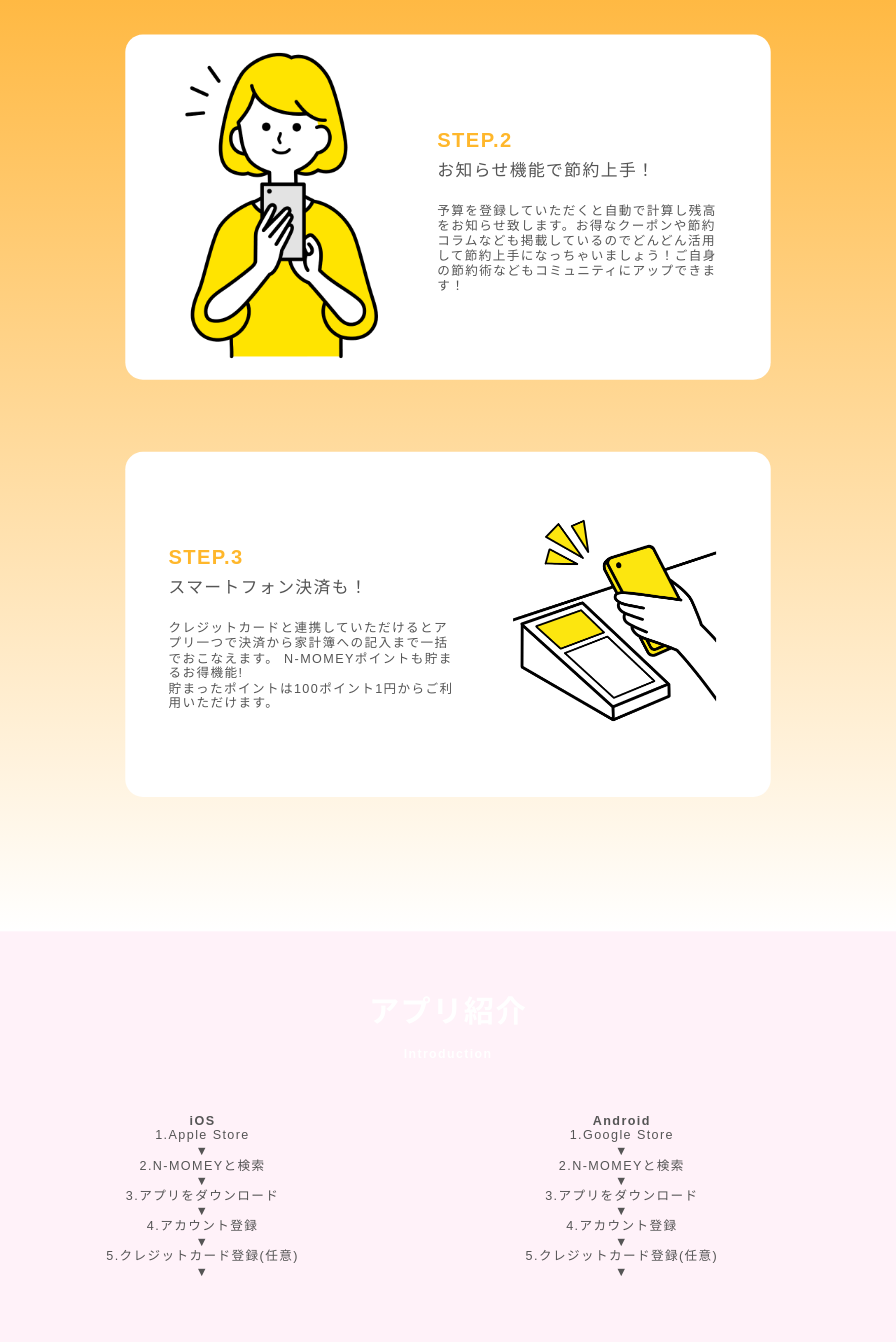
Repository: nozomi-23/lp2_test
Page: index.html
These files come from the project's save history. The page is drawn as it stood at one moment and after a run of saves; the edit follows.
The browser window is 1280 px wide. The pictures show the part of the page from y = 1848 to 3768 px (the page is 3766 px tall before and 3768 px after), at 70% of full size.
Some web fonts or font styles are not loaded; a fallback is used.

Above is the page before, as saved 2022-06-18 15:27:47.

### index.html
<!DOCTYPE html>
<html lang="ja">
<head>
  <meta charset="UTF-8">
  <title>家計簿アプリ「N-MONEY」</title>
  <meta name="description" content="「人生をコードと共に」というビジョンを達成するべく、皆さんのプログラミング学習をサポートします。">
  <meta name="keywords" content="家計簿,アプリ,おすすめ">
  <meta name="viewport" content="width=device-width, initial-scale=1.0">
  <meta property="og:title" content="家計簿アプリ「N-MONEY」">
  <meta property="og:type" content="article">
  <meta property="og:url" content="https://withcode-plus.tech">
  <meta property="og:image" content="img/logo.png">
  <meta property="og:description" content="カンタン家計簿アプリ 「N-MONEY」でお得に楽に家計管理。">
  <meta property="og:site_name" content="家計簿アプリ">
  <link rel="icon" href="favicon.ico">
  <link rel="apple-touch-icon" sizes="180x180" href="img/logo.png">
  <link rel="preconnect" href="https://fonts.googleapis.com">
  <link rel="preconnect" href="https://fonts.gstatic.com" crossorigin>
  <link
    href="https://fonts.googleapis.com/css2?family=M+PLUS+1p:wght@400;500;700&family=Noto+Sans+JP:wght@400;500&display=swap"
    rel="stylesheet">
  <link rel="stylesheet" type="text/css" href="css/reset.css">
  <link rel="stylesheet" type="text/css" href="css/common.css">
</head>
<body>
  <!-- ========== header -->
  <header>
    <div class="header_inner">
      <h1 class="header_logo">
        <a href="#"><img src="img/logo.png" alt="ロゴ画像"></a>
      </h1>
      <nav class="header_nav">
        <ul class="header_list">
          <li class="header_item">
            <a href="#introduction">アプリ紹介</a>
          </li>
          <li class="header_item">
            <a href="#how">ご利用方法</a>
          </li>
          <li class="header_item">
            <a href="#fqa">よくある質問</a>
          </li>
          <li class="header_item">
            <a href="#news">お知らせ</a>
          </li>
          <li class="header_item heder_btn">
            <a href="#contact">お問い合わせ</a>
          </li>
        </ul>
      </nav>
      <div class="drawer"></div>
    </div>
  </header>
  <!-- ========== top -->
  <section class="top_section">
    <div class="inner">
      <div class="top_wrapper">
        <div class="top_left">
          <h2 class="title">
            <p>〜 簡単家計簿アプリ 〜</p><br>
            <span>N-MONEY Mobile</span>
          </h2>
          <div class="download">
            <div class="download_apple">
              <a href="https://www.apple.com/jp/app-store/">
                <img src="img/apple.png" alt="Apple Store">
              </a>
            </div>
            <div class="download_google">
              <a href="https://play.google.com/store/apps?hl=ja&gl=US">
                <img src="img/google.png" alt="Google Store">
              </a>
            </div>
          </div>
        </div>
        <div class="top_right">
          <img src="img/top.png" alt="トップ画像">
        </div>
      </div>
    </div>
  </section>
    <!-- ========== feature -->
    <div class="inner">

      <div class="feature_txt">
        <h3 class="feature_ttl">家でも外でもラクラク管理<br>
        N-MOMEY Mobileとは</h3>
        <p>N-MOMEY
        Mobileとはご自宅でも外出先でも簡単に家計を管理できるサービスです。カテゴリ別の支出、予算管理だけでなくクレジットカードの連結により、レジでのお支払い・支出管理を自動で更新してくれます。予算に対してのお知らせ機能で使いすぎを防ぎます。めんどくさい計算・管理はN-MOMEY
        Mobileにおまかせください!</p>
      </div>

    </div>
<!-- ========== Introduction -->
<section class="intro section" id="introduction">
  <div class="inner">
    <h4 class="common_ttl">アプリ紹介<br><small>Introduction</small></h4>
    <div class="intro_wrapper">
      <div class="intro_wrapper_left">
        <h5 class="intro_txt"><strong>STEP.1</strong><br>
          いつでもどこでもカンタン管理！</h5>
          <p>レシートの管理が大変・・<br>
          いつ支払ったか忘れてしまった・・<br>
          そんなお悩みをすぐに解決します！支払ったらスマホにすぐ記入、カンタンな操作でカテゴリや日付の管理でめんどくさい家計管理のお手伝いをします。</p>
      </div>
      <div class="intro_wrapper_right">
        <img src="img/step1.png" alt="スマートフォンの画像">
      </div>
    </div>
    <div class="intro_wrapper intro_wrapper_revers">
      <div class="intro_wrapper_left ">
        <h5 class="intro_txt"><strong>STEP.2</strong><br>
          お知らせ機能で節約上手！</h5>
        <p>予算を登録していただくと自動で計算し残高をお知らせ致します。お得なクーポンや節約コラムなども掲載しているのでどんどん活用して節約上手になっちゃいましょう！ご自身の節約術などもコミュニティにアップできます！
          </p>
      </div>
      <div class="intro_wrapper_right">
        <img src="img/step2.png" alt="スマートフォンの画像">
      </div>
    </div>
    <div class="intro_wrapper">
      <div class="intro_wrapper_left">
        <h5 class="intro_txt"><strong>STEP.3</strong><br>
          スマートフォン決済も！</h5>
        <p>クレジットカードと連携していただけるとアプリ一つで決済から家計簿への記入まで一括でおこなえます。
        N-MOMEYポイントも貯まるお得機能!<br>
        貯まったポイントは100ポイント1円からご利用いただけます。</p>
      </div>
      <div class="intro_wrapper_right">
        <img src="img/step3.png" alt="スマートフォンの画像">
      </div>
    </div>
  </div>
</section>
<!-- ========== how -->
<section class="how section" id="how">
  <div class="inner">
    <h4 class="common_ttl">アプリ紹介<br><small>Introduction</small></h4>
    <div class="how_wrapper">
      <div class="how_wrapper_item">
        <h5>iOS</h5>
        <ul>
          <li>1.Apple Store</li>
          <p>▼</p>
          <li>2.N-MOMEYと検索</li>
          <p>▼</p>
          <li>3.アプリをダウンロード</li>
          <p>▼</p>
          <li>4.アカウント登録</li>
          <p>▼</p>
          <li>5.クレジットカード登録(任意)</li>
          <p>▼</p>
        </ul>
      </div>
      <div class="how_wrapper_item">
        <h5>Android</h5>
        <ul>
          <li>1.Google Store</li>
          <p>▼</p>
          <li>2.N-MOMEYと検索</li>
          <p>▼</p>
          <li>3.アプリをダウンロード</li>
          <p>▼</p>
          <li>4.アカウント登録</li>
          <p>▼</p>
          <li>5.クレジットカード登録(任意)</li>
          <p>▼</p>
        </ul>
      </div>
    </div>
  </div>
</section>
</body>
</html>

### css/reset.css
@charset "UTF-8";

html,
body,
div,
span,
object,
iframe,
h1,
h2,
h3,
h4,
h5,
h6,
p,
blockquote,
pre,
abbr,
address,
cite,
code,
del,
dfn,
em,
img,
ins,
kbd,
q,
samp,
small,
strong,
sub,
sup,
var,
b,
i,
dl,
dt,
dd,
ol,
ul,
li,
fieldset,
form,
label,
legend,
table,
caption,
tbody,
tfoot,
thead,
tr,
th,
td,
article,
aside,
canvas,
details,
figcaption,
figure,
footer,
header,
hgroup,
menu,
nav,
section,
summary,
time,
mark,
audio,
video {
  margin: 0;
  padding: 0;
  border: 0;
  outline: 0;
  font-size: 100%;
  vertical-align: baseline;
  background: transparent;
}

body {
  line-height: 1;
}

article,
aside,
details,
figcaption,
figure,
footer,
header,
hgroup,
menu,
nav,
section {
  display: block;
}

nav ul {
  list-style: none;
}

blockquote,
q {
  quotes: none;
}

blockquote:before,
blockquote:after,
q:before,
q:after {
  content: '';
  content: none;
}

a {
  margin: 0;
  padding: 0;
  font-size: 100%;
  vertical-align: baseline;
  background: transparent;
}

/* change colours to suit your needs */
ins {
  background-color: #ff9;
  color: #000;
  text-decoration: none;
}

/* change colours to suit your needs */
mark {
  background-color: #ff9;
  color: #000;
  font-style: italic;
  font-weight: bold;
}

del {
  text-decoration: line-through;
}

abbr[title],
dfn[title] {
  border-bottom: 1px dotted;
  cursor: help;
}

table {
  border-collapse: collapse;
  border-spacing: 0;
}

/* change border colour to suit your needs */
hr {
  display: block;
  height: 1px;
  border: 0;
  border-top: 1px solid #cccccc;
  margin: 1em 0;
  padding: 0;
}

input,
select {
  vertical-align: middle;
}

### css/common.css
@charset "UTF-8";

body {
  font-size: 18px;
  line-height: 1.2;
  letter-spacing: 2px;
  word-break: break-all;
  color: #555;
  font-family: 'M PLUS 1p', sans-serif ,
  'Noto Sans JP', sans-serif;
}
li {
  list-style: none;
}
a {
  text-decoration: none;
  color: #333;
}
/* ===================
共通レイアウト
======================*/
.section {
  padding: 7% 0;
  position: relative;
  background-color: rgba(255, 105, 180, 0.085);
}
.inner {
  width: 80%;
  margin: 0 auto;
  /* background-color: rgb(221, 240, 240); */
}
/* ===================
共通パーツ
======================*/
.common_ttl {
  text-align: center;
  color: #5A5757;
  font-size: 2.7rem;
  margin-bottom: 6.5%;
}
.common_ttl small {
  font-size: 1.1rem;
}

/* ===================
header
======================*/
.header_inner {
  width: 90%;
  height: 15vh;
  margin: 0 auto;
  display: flex;
  justify-content: space-between;
  align-items: center;
}
.header_logo {
  position: fixed;
  top: 1rem;
  z-index: 3;
}
.header_logo img {
  width: 100%;
  height: 100%;
}
.header_nav {
  margin-left: auto;
}
.header_list {
  display: flex;
  justify-content: flex-end;
  align-items: center;
}
.header_list li {
  margin-left: 1.8rem;
}
.header_list li a:hover {
  opacity: 0.5;
}
.heder_btn a{
  background: #FFB72B;
  color: #fff;
  line-height: 3;
  border-radius: 15px;
  display: inline-block;
  padding: 0 1.8rem;
}
/* ===================
top
======================*/
.top_wrapper {
  margin-top: 10%;
  height: auto;
  display: flex;
  justify-content: space-evenly;
  align-items: center;
}
.top_left {
  text-align: center;
  width: 50%;
  height: auto;
}
.title p{
  font-size: 1.7rem;
  font-weight: 400;
  margin-bottom: 2%;
  color: #333;
}
.title span {
  font-size: 3.5rem;
  color: #FFB72B;
  font-weight: bold;
}
.download {
  display: flex;
  align-items: center;
  justify-content: space-evenly;
  margin-top: 10%;
}
.download_apple {
  width: 35%;
}
.download_apple img {
  width: 100%;
  height: 100%;
}
.download_google {
  width: 35%;
}
.download_google img {
  width: 100%;
  height: 100%;
}
.top_right {
  width: 42%;
  height: auto;
}
.top_right img {
  width: 100%;
  height: 100%;

}
/* ===================
feature
======================*/
.feature_txt {
  width: 90%;
  margin-bottom: 10%;
}
.feature_ttl {
  font-size: 1.9rem;
  color: #FFB72B;
  font-weight: 400;
  margin: 5% 0 2% 0;
  line-height: 1.5;
}
.feature_ttl::after {
  content: "";
  display: inline-block;
  width: 100px;
  height: 2px;
  background: #FFB72B;
  margin-left: 2%;
  vertical-align: middle;
}
.feature_txt p {
  color: #333;
}
/* ===================
Introduction
======================*/
.intro {
  background: linear-gradient(180deg, #FFAD23 27.08%, rgba(255, 173, 35, 0) 100%);
}
.common_ttl:first-child {
  color: #fff;
}
.intro_wrapper {
  width: 90%;
  height: 60vh;
  display: flex;
  align-items: center;
  justify-content: space-evenly;
  background: #fff;
  border-radius: 25px;
  margin: 0 auto;
  padding: 3% 0;
  margin-bottom: 10%;
}
.intro_wrapper_left {
  width: 45%;
  height: auto;
}
.intro_txt {
  font-size: 1.5rem;
  font-weight: 500;
  margin-bottom: 8%;
}
.intro_txt strong {
  font-weight: bold;
  color: #FFB72B;
  font-size: 1.8rem;
  margin-top: 1rem;
  line-height: 2;
}
.intro_wrapper_right {
width: 35%;
height: auto;
text-align: center;
}
.intro_wrapper_right img {
  max-width: 90%;

}
.intro_wrapper_revers {
  display: flex;
  flex-direction: row-reverse;
}
/* ===================
how
======================*/
.how_wrapper {
  width: 90%;
  display: flex;
  justify-content: space-between;
}
.how_wrapper_item {
  width: 35%;
  text-align: center;
  border: 1p;
}

After the next 5 saves:
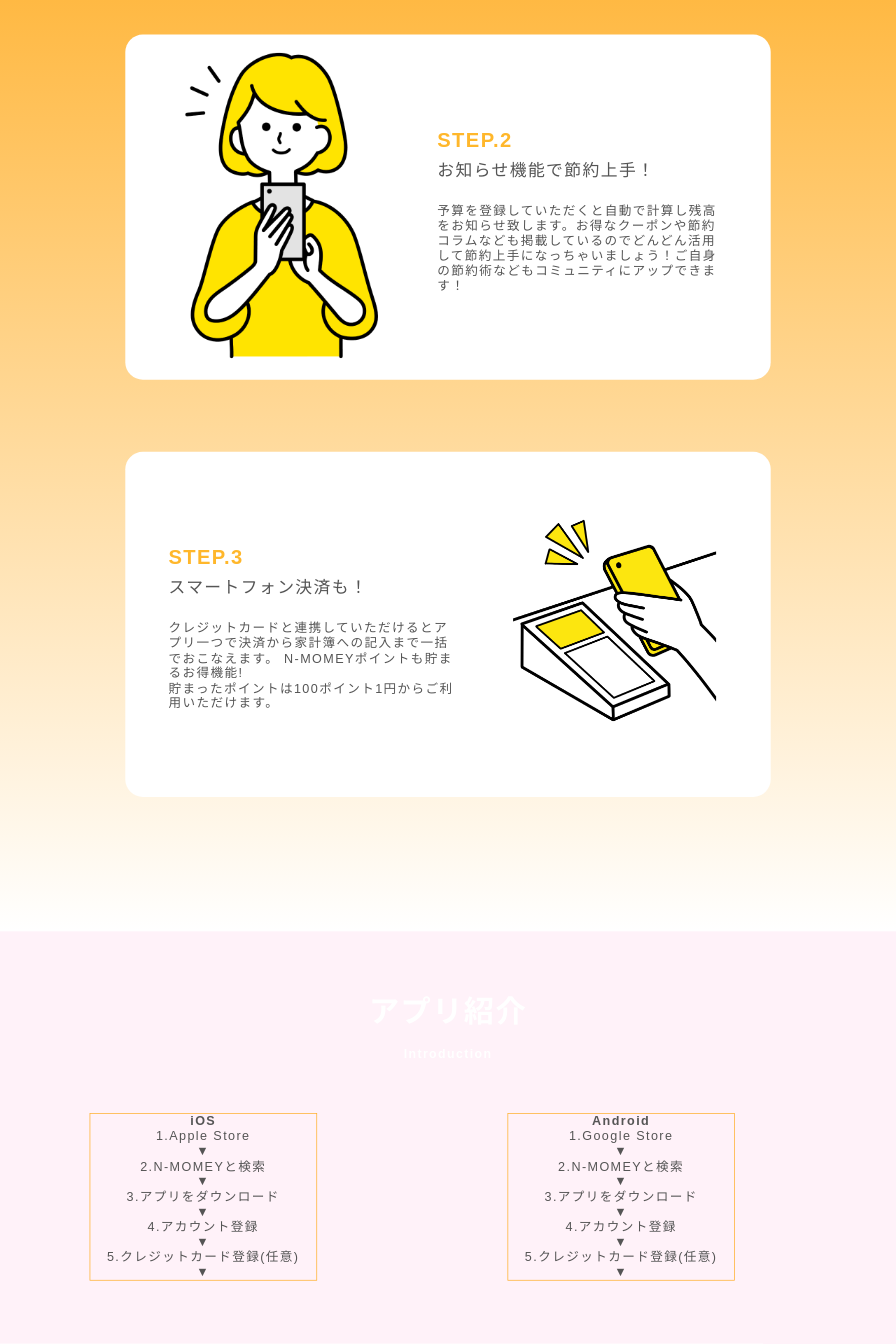
The 5 saves are shown as one change because they came seconds apart.
The last was saved 13 s later.
--- a/css/common.css
+++ b/css/common.css
@@ -226,5 +226,5 @@ how
 .how_wrapper_item {
   width: 35%;
   text-align: center;
-  border: 1p;
-}
+  border: 1px solid #FFAD23;
+}
